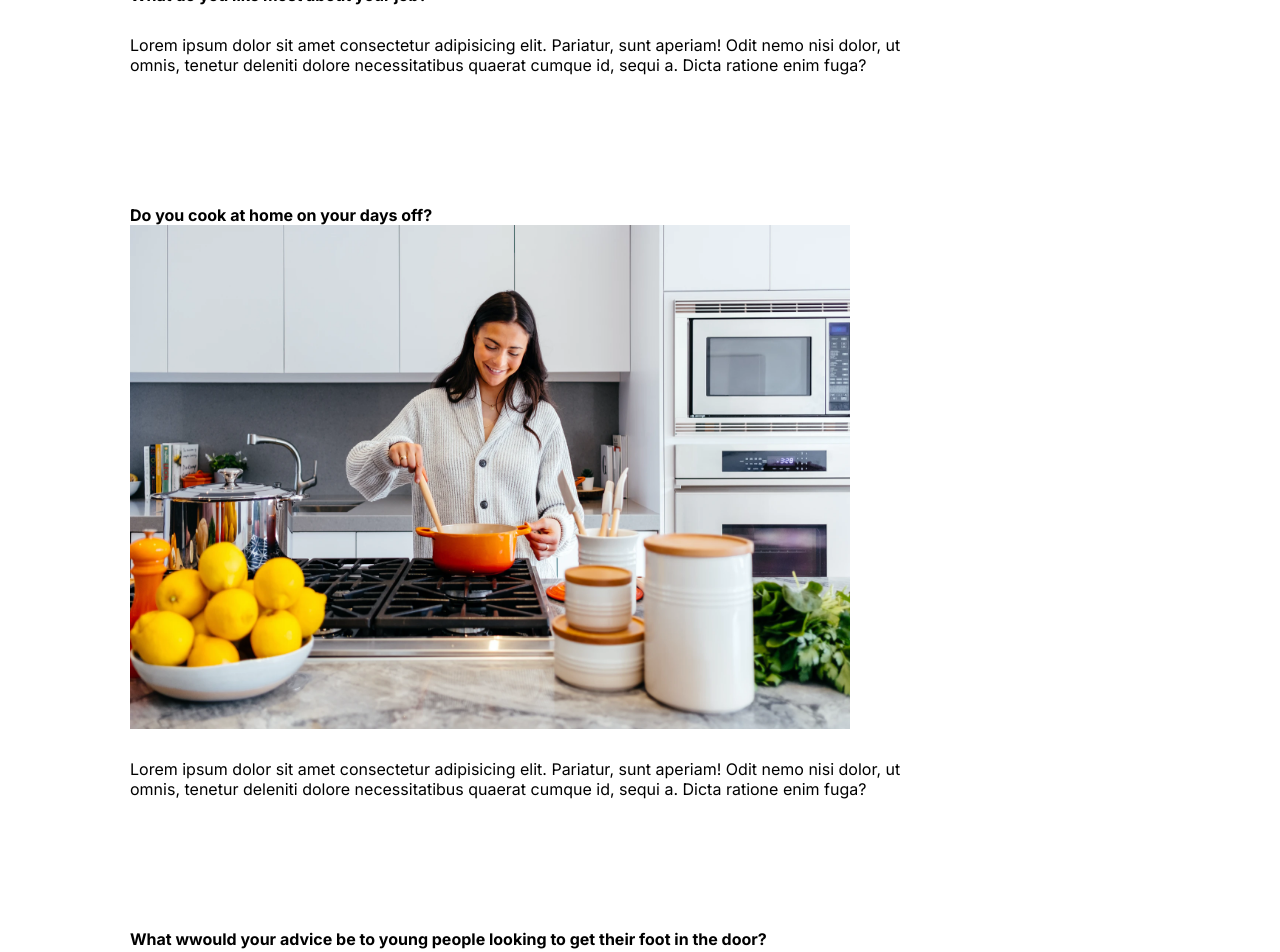
Repository: SolomonChinonso/Advanced-html-and-css-project
Page: blog.html
The author's editor kept a copy of each file at every save. The page is drawn from the files as they stood at one save, then again after a run of saves.
The browser window is 1280 px wide. The pictures show the part of the page from y = 1566 to 2518 px (the page is 2914 px tall).

Above is the page before, as saved 2026-04-19 01:29:25.

After the next 2 saves:
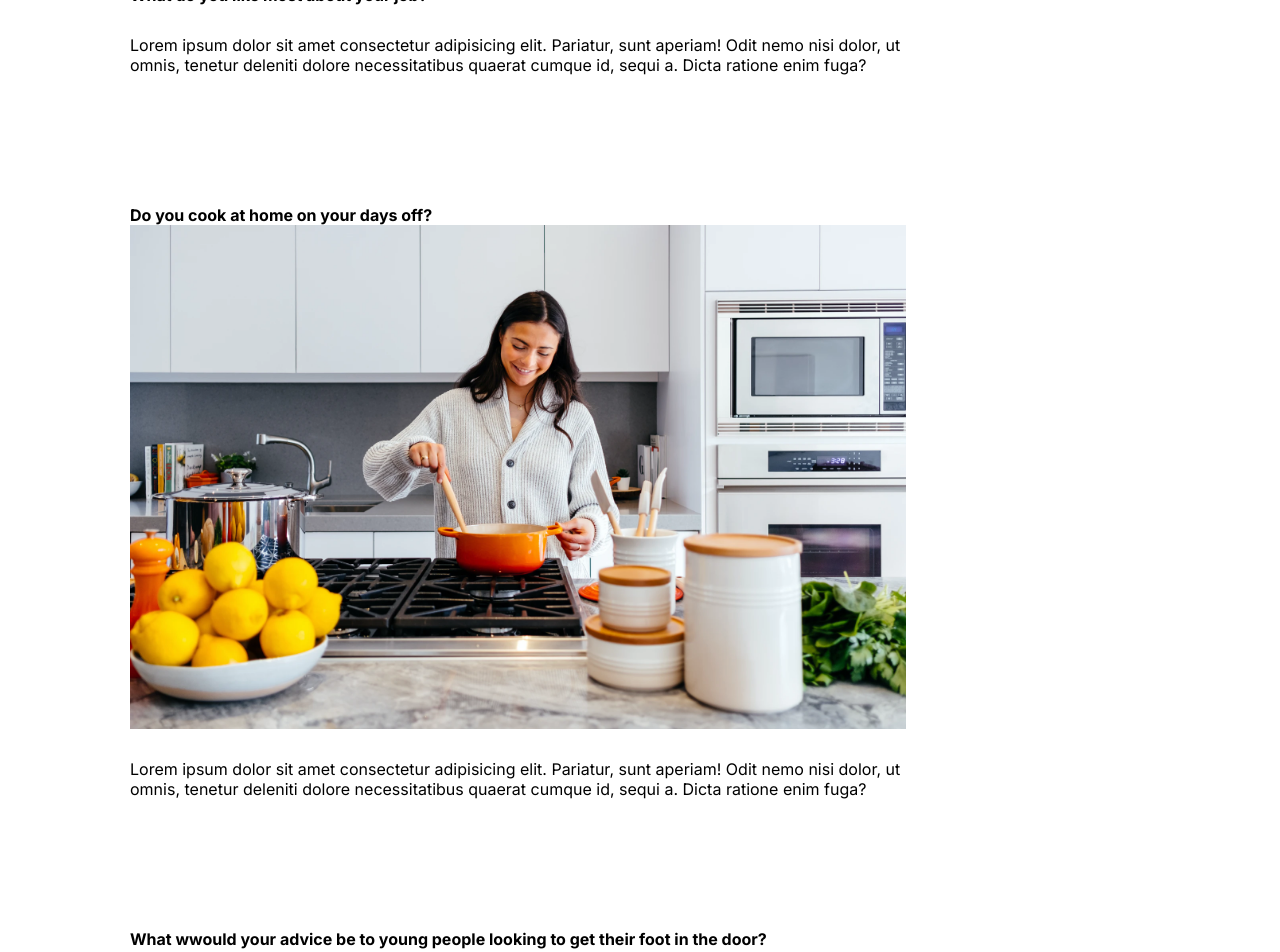
The 2 saves are shown as one change because they came seconds apart.
The last was saved 75 s later.
--- a/style.css
+++ b/style.css
@@ -742,7 +742,7 @@ footer p strong{
     margin-left: 70px;
 }
 .query img{
-    width: 100vh;
+    width: 100%;
     height: 70vh;
 
 }
